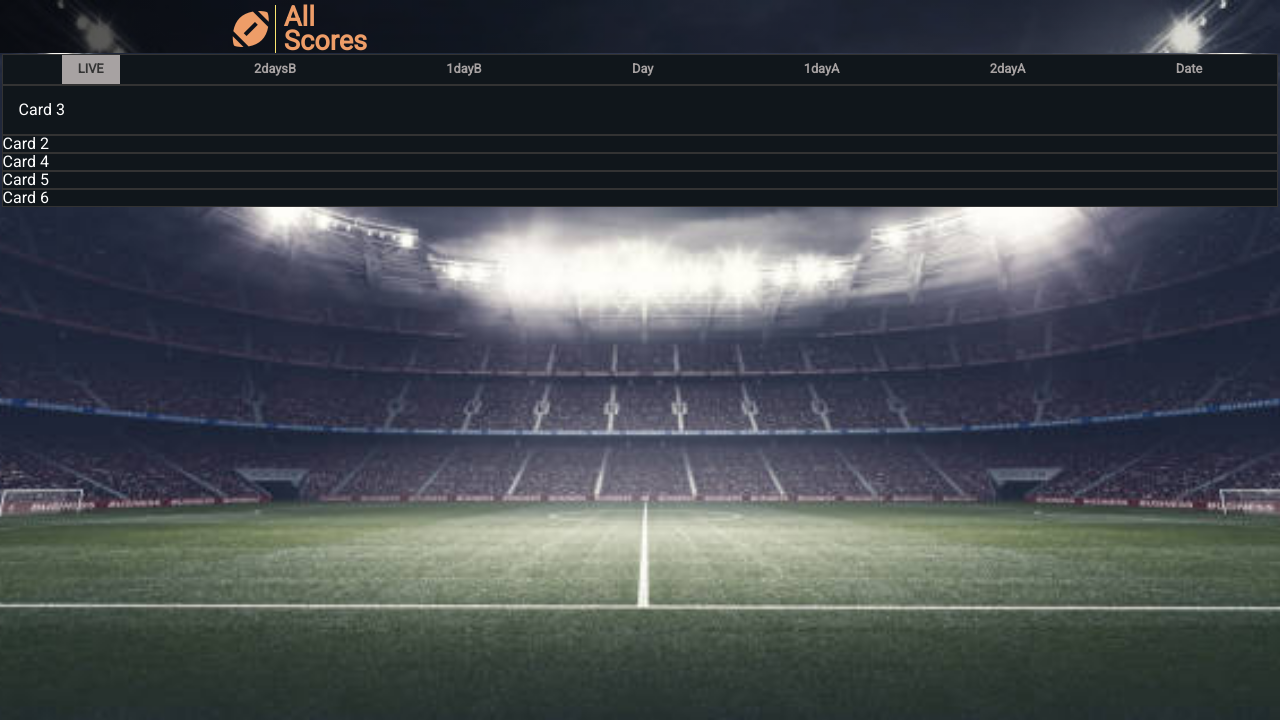
Repository: boomshakar/AllScores
Page: index.html
An editor plug-in stored every save of this project. The page is shown before and after the next save, followed by the edit.
The browser window is 1280 px wide. The pictures show the whole page.
The style sheet was rebuilt from its Sass, Less or Tailwind sources for each picture, by a compiler version that may differ from the author's.

Above is the page before, as saved 2021-03-30 02:39:36.

After the next save:
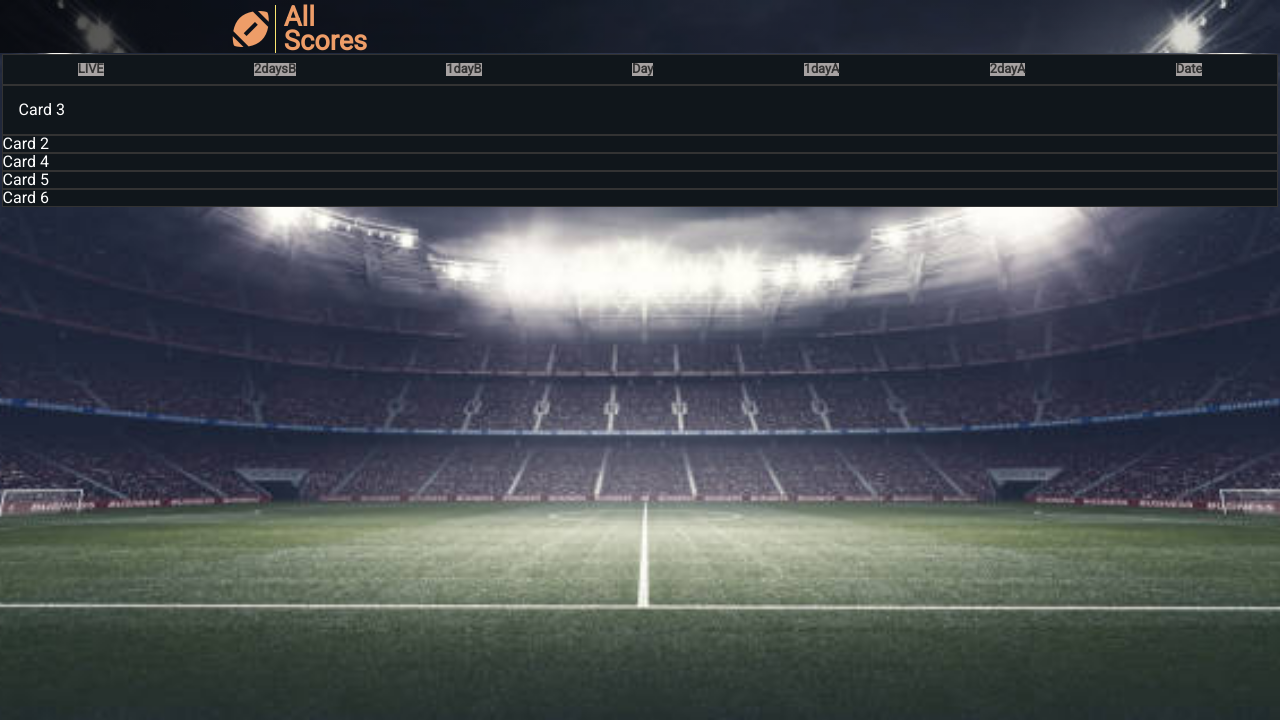
Saved 85 s later.
--- a/scss/_home.scss
+++ b/scss/_home.scss
@@ -21,7 +21,8 @@
           padding: 0.5rem 1rem;
           font-size: 0.8rem;
           font-weight: 600;
-
+        }
+        &__match {
           &:nth-child(1) {
             color: #333;
             background: $text-color2;
